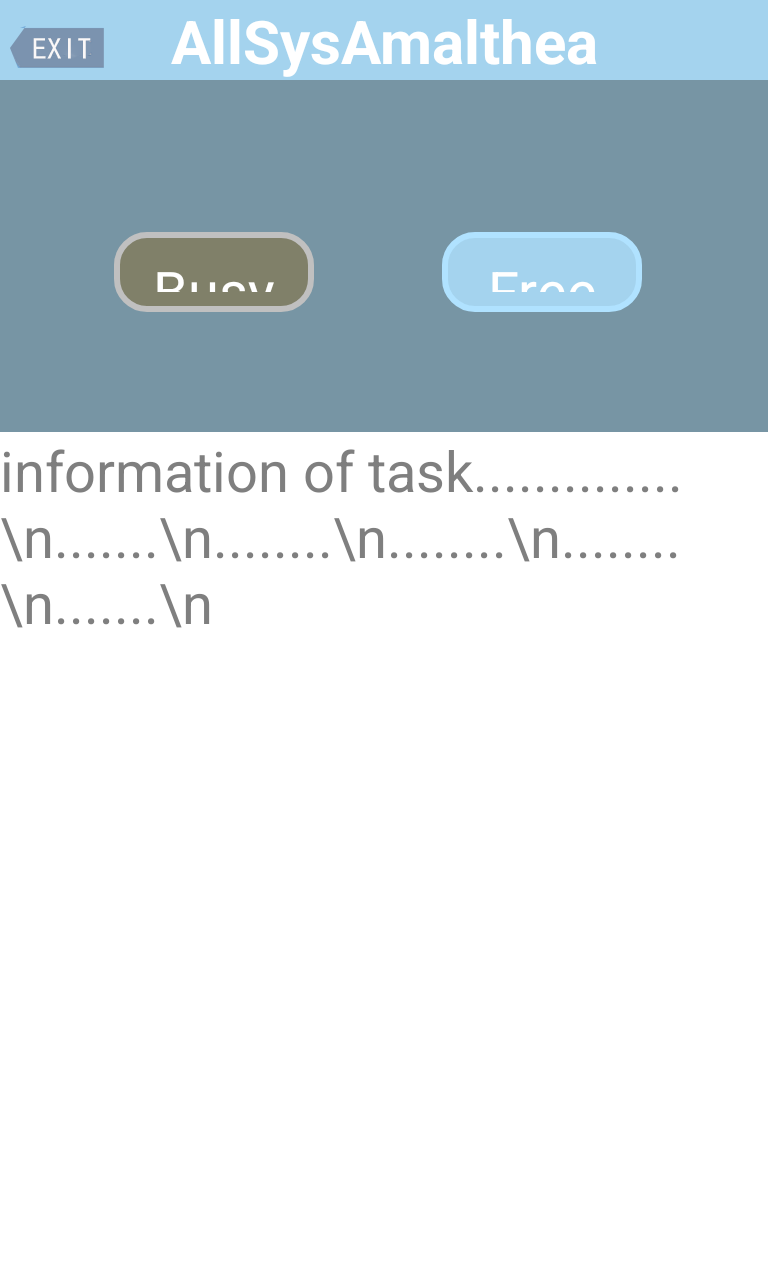
Repository: AllSysAmalthea/AllSys
Layout: APP/AppUI code/代码/Allsys/res/layout/activity_voluteer.xml
The author's editor kept a copy of each file at every save. The layout is drawn from the files as they stood at one save, then again after the next save.
It is drawn on a 768 x 1280 px phone screen (xhdpi) without system bars, with theme android:Theme.NoTitleBar; the app's code is not run.

Above is the layout before, as saved 2015-06-08 02:54:51.

After the next save:
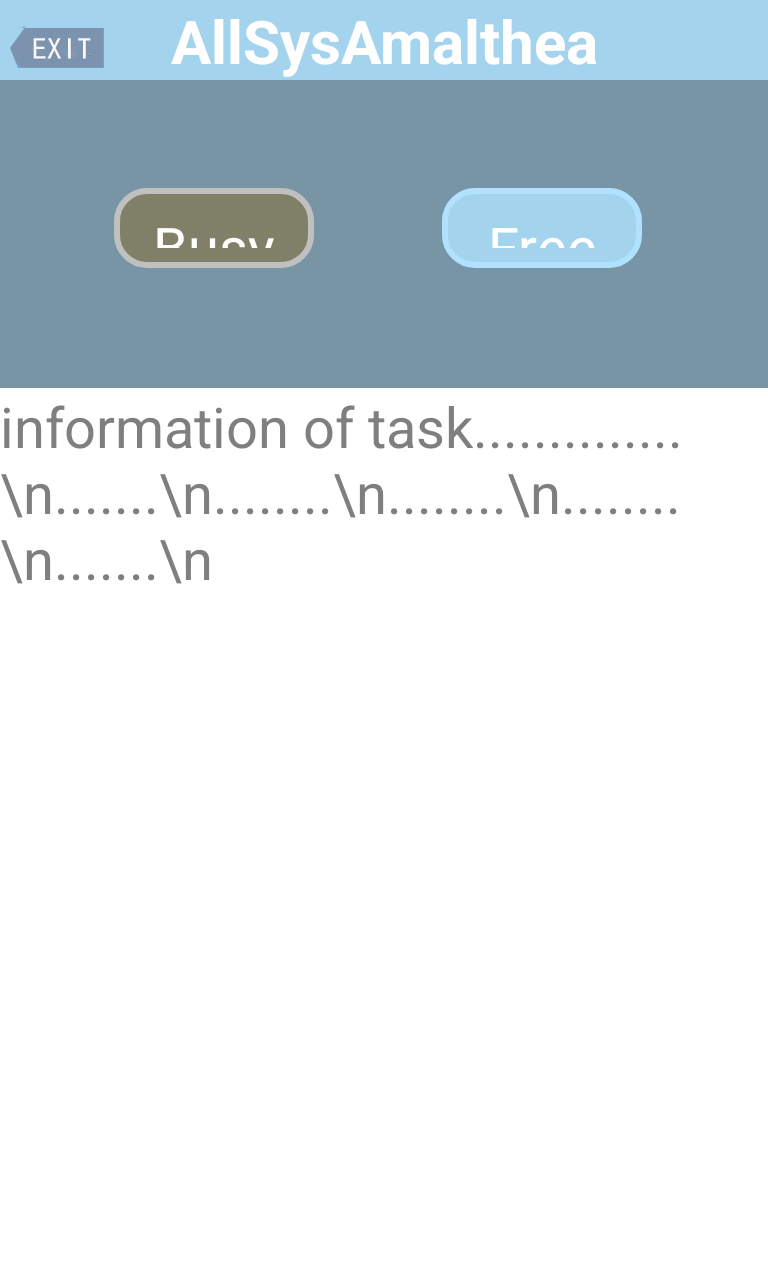
Saved 14 s later.
--- a/APP/AppUI code/代码/Allsys/res/layout/activity_voluteer.xml
+++ b/APP/AppUI code/代码/Allsys/res/layout/activity_voluteer.xml
@@ -78,7 +78,7 @@
 		    android:layout_alignParentLeft="true"
 		    android:layout_below="@+id/linearLayout1"
 		    android:layout_marginLeft="57dp"
-		    android:layout_marginTop="62dp"
+		    android:layout_marginTop="40dp"
 		    android:background="@drawable/shape"
 		    android:text="Busy"
 		    android:textColor="#ffffff"
